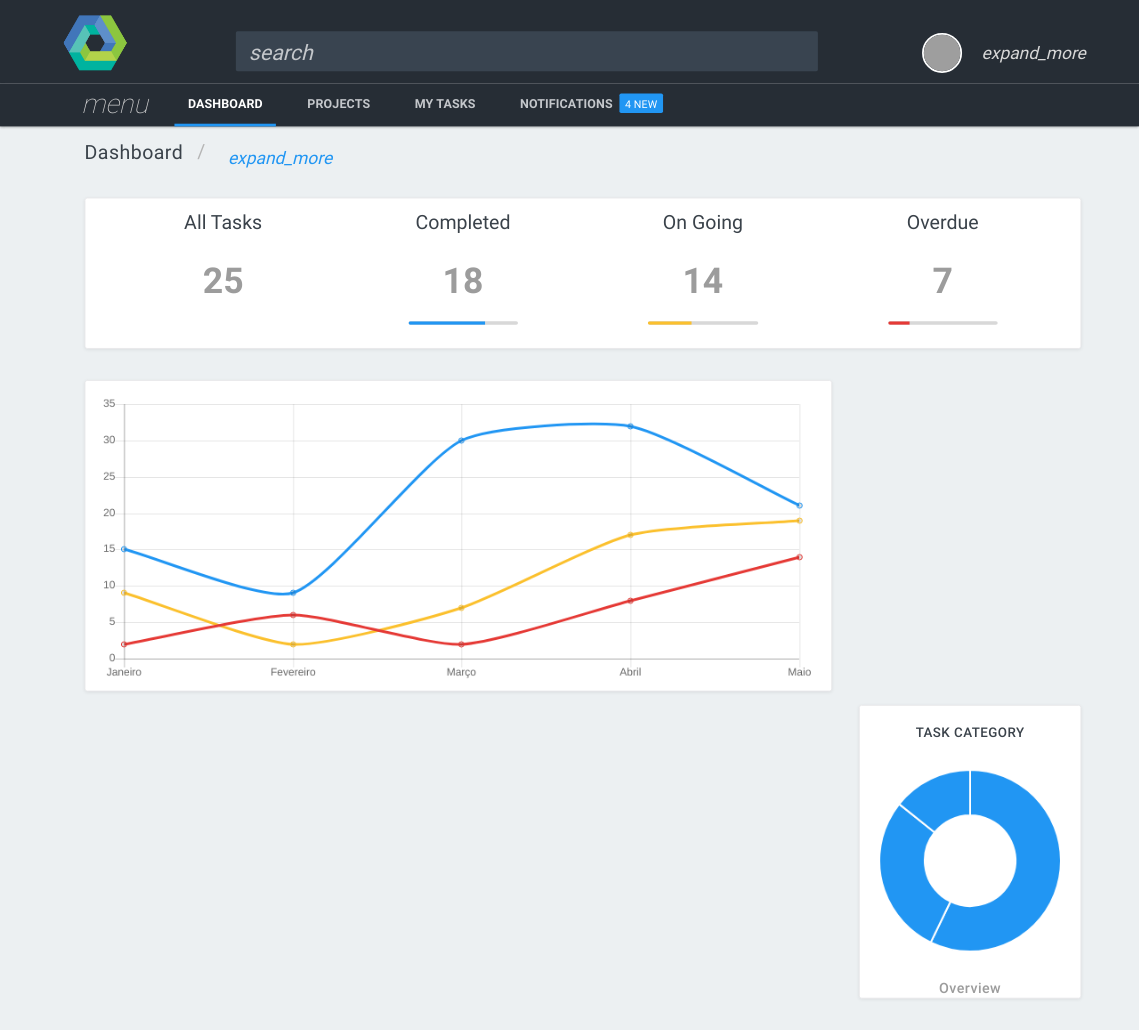
Repository: RenanChagas/ProjectManagement
Page: http://localhost/finalproject/WEB-INF/views/dashboard.jsp
An editor plug-in stored every save of this project. The page is shown before and after the next save, followed by the edit.
The browser window is 1280 px wide. The pictures show the whole page, at 89% of full size.
Pictures or frames that could not be fetched are drawn as grey boxes. The page is served by Tomcat 9. Nobody is signed in. Other server files are loaded and not shown. The template is opened directly, without the code that normally fills it, so the values that code supplies are empty.

Above is the page before, as saved 2017-11-19 02:00:36.

### finalproject/src/main/webapp/WEB-INF/views/dashboard.jsp
<%@ page language="java" contentType="text/html; charset=ISO-8859-1" pageEncoding="ISO-8859-1"%>
<%@ taglib prefix="c" uri="http://java.sun.com/jsp/jstl/core"%>
<%@ taglib prefix="form" uri="http://www.springframework.org/tags/form"%>
<%@ taglib prefix="t" uri="http://www.springframework.org/tags"%>

<!DOCTYPE html>
<html lang="en">
<head>
  <meta http-equiv="Content-Type" content="text/html; charset=UTF-8"/>
  <meta name="viewport" content="width=device-width, initial-scale=1, maximum-scale=1.0"/>
  <title>Course Management</title>

  <!-- CSS  -->
  <link href="https://fonts.googleapis.com/icon?family=Material+Icons" rel="stylesheet">
  <link type="text/css" rel="stylesheet" media="screen,projection" href="<c:url value='/static/css/materialize.css' />"/>
  <link type="text/css" rel="stylesheet" media="screen,projection" href="<c:url value='/static/css/custom-css.css' />"/>

  <!--  Scripts-->
  <script src="<c:url value="/static/js/jquery-2.1.1.min.js" />"></script>
  <script src="<c:url value="/static/js/materialize.js" />"></script>
  <script src="<c:url value="/static/js/Chart.js" />"></script>
  <script src="<c:url value="/static/js/menu.js" />"></script>

  <!-- Website Logo -->
  <link rel="icon" href="<c:url value="/static/images/default/logo.png"/>">

</head>
<body>

<c:set var="contextPath" value="${pageContext.request.contextPath}"/>

	<!-- NAV TOP  -->
	<nav id="logo_nav" class="MDC-navbar-style MDC-shadow-0 hide-on-small-and-down">
    	<div class="nav-wrapper MDC-nav-margin">
    		<!--  NAV CONTAINER -->
      		<div class="row MDC-nav-top-container ">

        	<!-- Logo -->
        	<div class="col s12 m3 l2">
          		<div class="MDC-nav-logo-position">
          			<img src="<c:url value="/static/images/default/logo.png"/>" class="MDC-nav-logo-size"/>
          		</div>
        	</div>

        	<!-- Search -->
        	<div class="col s12 m7 l7">
          		<div class="MDC-nav-search-position">
            	<form>
              		<div class="input-field">
                		<input id="search" type="search" class="MDC-nav-search-focus" required>
                		<label class="label-icon" for="search"><i class="material-icons MDC-nav-search-focus">search</i></label>
                  		<i class="material-icons MDC-nav-search-focus">close</i>
              		</div>
            	</form>
          		</div>
        	</div>

        	<!-- Avatar -->
        	<div class="col s12 m2 l3">
          		<div class="MDC-nav-account-position">
	            	<!-- Dropdown Trigger -->
	            	<a class="dropdown-button " data-beloworigin="true"
	               		href='#' data-activates='account-dropdown'>
	               		<div class="MDC-nav-account-option-position hide-on-med-and-down">
	                		 <i class="material-icons MDC-icon-small MDC-color-grey-light">expand_more</i>
	               		</div>
	               		<span class="MDC-login-text MDC-nav-account-text-position
	               					MDC-color-grey-light hide-on-med-and-down">
	                 	${user.username}
	               		</span>
	               		<img src="<c:url value="/static/images/avatar/${user.username}/${user.username}.png"/>"
	               				class="MDC-avatar-circle-small mdc-nav-avatar-position"/>
	            	</a>
	            	<!-- Dropdown Structure -->
	            	<ul id='account-dropdown' class='dropdown-content MDC-nav-account-dropdown-position'>
	              		<li><a id="profile" class="modal-trigger MDC-color-grey-dark-2 MDC-font-15" href="${contextPath}/profile">Profile</a></li>
	              		<li><a class="MDC-color-grey-dark-2 MDC-font-15" href="#!">Report a Problem</a></li>
	              		<li class="divider"></li>
	              		<li><a class="MDC-color-grey-dark-2 MDC-font-15" href="${contextPath}/logout">Logout</a></li>
	            	</ul>
          		</div>
        	</div>

			</div>
			<!--  NAV CONTAINER - END-->
		</div>
	</nav>
	<!-- NAV TOP - END -->

  <!-- NAV MENU  -->
  <div class="MDC-menu-fullWidth">
    <div class="MDC-shadow-bottom">
      <header class="MDC-shadow-bottom">
        <nav id="menu_nav" class="MDC-navbar-menu-size MDC-navbar-style MDC-shadow-0 MDC-nav-margin">
          <div class="nav-wrapper MDC-nav-margin MDC-left">
            <!-- MENU ROW -->
            <div class="row">
              <div class="col">
                <div class="MDC-nav-menu-container">

                  <ul id="nav-mobile" class="MDC-nav-menu-ul left left-align">
                    <a href="#" id="mobile-icon" onclick="openNav()" class="left MDC-padding-mobile-0
                    MDC-hover-none">
                      <i class="material-icons MDC-nav-tabs-icon MDC-color-grey-light">
                        menu
                      </i>
                    </a>
                    <li class="MDC-navbar-menu"><a class="active MDC-navbar-active" href="${contextPath}/dashboard">Dashboard</a></li>
                    <li class="MDC-navbar-menu"><a href="${contextPath}/projects">Projects</a></li>
                    <li class="MDC-navbar-menu"><a href="#!">My Tasks</a></li>
                    <li class="MDC-navbar-menu"><a href="${contextPath}/notification">Notifications
                      <span class="new badge MDC-notification-badge-style" data-badge-caption="">
                        <font class="MDC-font-weight-400">4 NEW</font>
                      </span>
                      </a>
                    </li>
                  </ul>
                  <div id="mySidenav" class="MDC-sidenav">
                    <a href="javascript:void(0)" class="MDC-closebtn" onclick="closeNav()">x</a>
                    <a href="#">About</a>
                    <a href="#">Services</a>
                    <a href="#">Clients</a>
                    <a href="#">Contact</a>
                  </div>

                </div>
              </div>
            </div>
            <!-- MENU ROW - END -->
          </div>
        </nav>
      </header>
    </div>
  </div>
  <!-- NAV MENU - END -->

  <!-- TITLE PAGE -->
  <div class="row  MDC-page-center MDC-page-container">
    <div class="col MDC-padding-0 left">
      <div class="MDC-page-title-size">
        <font class="MDC-h5-style MDC-color-grey-dark-2 MDC-display-inline">Dashboard</font>
        <font class="MDC-h5-style MDC-color-grey-light-2 MDC-display-inline MDC-relative
                     MDC-news-counterBar-position">/
        </font>
        <font class="MDC-h5-style MDC-color-blue MDC-display-inline">${user.username}</font>
        <i class="material-icons MDC-icon-small MDC-color-blue
                  MDC-news-expand-icon-position MDC-relative">expand_more</i>

      </div>
    </div>
  </div>
  <!-- TITLE PAGE - END -->

  <!-- RESUME CONTAINER -->
  <div class="MDC-page-center MDC-page-container">
    <!-- RESUME CONTENT -->
    <div class="row MDC-page-margin-top">
      <div class="col l12 MDC-padding-0 MDC-margin-right40">
        <div class="MDC-card MDC-dashboard-card-size">
          <div class="MDC-card-news-container">

            <!-- All Courses -->
            <div class="col l3">
              <div class="row center">
                <font class="MDC-font-22 MDC-color-grey-dark-2">
                  All Tasks
                </font>
              </div>
              <div class="row center">
                <font class="MDC-font-60 MDC-font-bold MDC-color-grey">
                  25
                </font>
              </div>
            </div>

            <!-- Completed Courses -->
            <div class="col l3">
              <div class="row center">
                <font class="MDC-font-22 MDC-color-grey-dark-2">
                  Completed
                </font>
              </div>
              <div class="row center">
                <font class="MDC-font-60 MDC-font-bold MDC-color-grey ">
                  18
                </font>
                <div class="progress MDC-progressBar-50 MDC-margin-0 MDC-top15 MDC-background-grey-light">
                  <div class="determinate" style="width: 70%"></div>
                </div>
              </div>
            </div>

            <!-- Missing Courses -->
            <div class="col l3">
              <div class="row center">
                <font class="MDC-font-22 MDC-color-grey-dark-2">
                  On Going
                </font>
              </div>
              <div class="row center">
                <font class="MDC-font-60 MDC-font-bold MDC-color-grey ">
                  14
                </font>
                <div class="progress MDC-progressBar-50 MDC-margin-0 MDC-top15 MDC-background-grey-light">
                  <div class="determinate yellow darken-2" style="width: 40%"></div>
                </div>
              </div>
            </div>

            <!-- Overdue Courses -->
            <div class="col l3">
              <div class="row center">
                <font class="MDC-font-22 MDC-color-grey-dark-2">
                  Overdue
                </font>
              </div>
              <div class="row center">
                <font class="MDC-font-60 MDC-font-bold MDC-color-grey ">
                  7
                </font>
                <div class="progress MDC-progressBar-50 MDC-margin-0 MDC-top15 MDC-background-grey-light">
                  <div class="determinate red darken-1" style="width: 20%"></div>
                </div>
              </div>
            </div>

          </div>
        </div>
      </div>
    </div>
    <!-- RESUME CONTENT - END -->

    <!-- Graphics -->
    <div class="row">
      <div class="col l9 MDC-padding-0 MDC-margin-right40">
        <div class="MDC-card MDC-dashboardGraphics-card-size">
          <div class="MDC-card-news-container">

            <div>
                <canvas class="MDC-margin-top20" id="chartjs-0" width="100" height="320"></canvas>
            </div>
            <script>
            new Chart(document.getElementById("chartjs-0"), {
              type: 'line',
              data: {
                labels: ["Janeiro", "Fevereiro", "Março", "Abril", "Maio"],
                datasets: [
                  {
                    label: "Tasks Completed",
                    borderColor: "#2196F3",
                    data: [15,9,30,32,21],
                    fill: false,
                    lineTension: 0.2
                  },
                  {
                    label: "Tasks Ovedue",
                    borderColor: "#e53935",
                    data: [2,6,2,8,14],
                    fill: false,
                    lineTension: 0.2
                  },
                  {
                    label: "Tasks On Going",
                    borderColor: "#fbc02d",
                    data: [9,2,7,17,19],
                    fill: false,
                    lineTension: 0.2
                  }
                ]
              },
              "options":{
                "legend": {
                  display: false
                },
                "responsive": true,
                "maintainAspectRatio": false,
                "scales": {
                  "xAxes": [{
                            "gridLines": {
                              display:true
                            }
                  }],
                  "yAxes": [{
                            "gridLines": {
                              display:true
                            }
                            }]
                  }
              }
            });

            </script>

          </div>
        </div>
      </div>

      <!-- Courses -->
      <div class="col MDC-padding-0 right">
        <div class="MDC-card MDC-course-card-size">

          <!-- Task Title -->
          <div class="row center MDC-margin-top10">
            <font class="truncate MDC-font-15 MDC-color-grey-dark-2 MDC-font-h1">
                Task Category
              </font>
          </div>

          <!-- Image -->
          <a href="#">
            <div class="row center MDC-margin-top20">

              <div class="MDC-margin-right20 MDC-margin-left20">
                  <canvas class="MDC-margin-top20 center" id="chartjs-doughnut" width="10" height="10"></canvas>
              </div>
              <script>
              new Chart(document.getElementById("chartjs-doughnut"), {
                type: 'doughnut',
                data: {
                  labels: ["Documentation", "Programming", "Test"],
                  datasets: [ {
                    data: [
                      40,
                      20,
                      10
                    ],
                    backgroundColor: [
                    "#2196F3",
                    "#2196F3",
                    "#2196F3",
                    ],
                    label: ""
                  }]
                },
                "options":{
                  "legend": {
                    display: false,
                    position: "bottom"
                  },
                  animation: {
                  animateScale: true,
                  animateRotate: true
                  }
                }
              });

              </script>
              <!--
              <img src="images/temp/man-profile-circle-4.png"
                class="MDC-avatar-circle-large MDC-shadow-default"/> -->
            </div>
          </a>

          <!-- Task Description -->
          <div class="row center MDC-margin-bottom-10">
            <font class="truncate MDC-font-16-2 MDC-color-grey MDC-font-h1
                        MDC-uppercase-none">
               Overview
            </font>
          </div>

        <!-- CARD END -->
        </div>
      </div>
      <!-- Courses END -->


    </div>


  </div>
  <!-- RESUME CONTAINER - END -->

</body>
</html>

Loaded but not shown: finalproject/src/main/webapp/static/css/materialize.css (library); finalproject/src/main/webapp/static/js/jquery-2.1.1.min.js (library); finalproject/src/main/webapp/static/js/materialize.js (library); finalproject/src/main/webapp/static/js/Chart.js (library); finalproject/src/main/webapp/static/js/menu.js (49 lines, source omitted); finalproject/src/main/webapp/static/css/custom-css.css (1593 lines, source omitted)

After the next save:
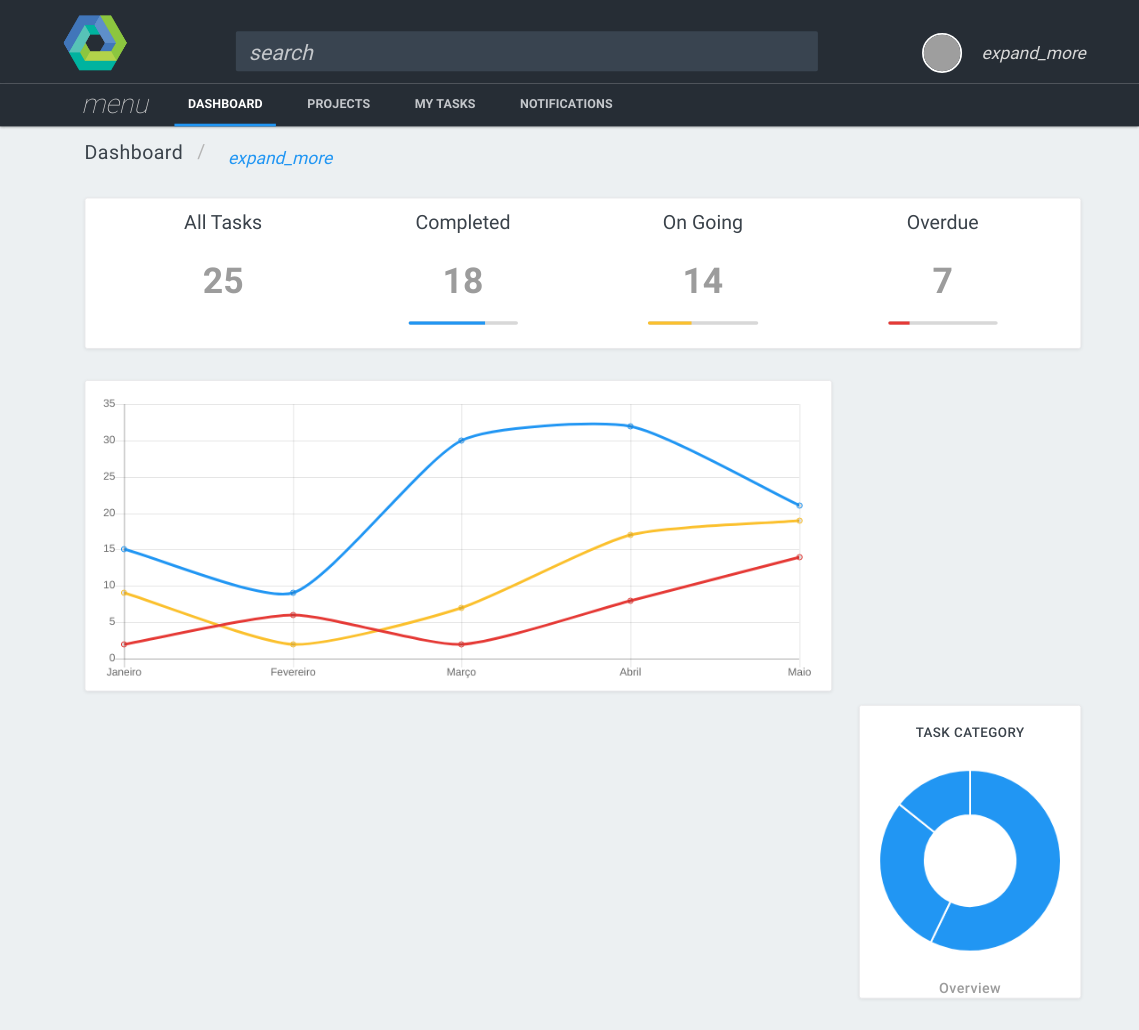
Saved 11 s later.
--- a/finalproject/src/main/webapp/WEB-INF/views/dashboard.jsp
+++ b/finalproject/src/main/webapp/WEB-INF/views/dashboard.jsp
@@ -109,9 +109,6 @@
                     <li class="MDC-navbar-menu"><a href="${contextPath}/projects">Projects</a></li>
                     <li class="MDC-navbar-menu"><a href="#!">My Tasks</a></li>
                     <li class="MDC-navbar-menu"><a href="${contextPath}/notification">Notifications
-                      <span class="new badge MDC-notification-badge-style" data-badge-caption="">
-                        <font class="MDC-font-weight-400">4 NEW</font>
-                      </span>
                       </a>
                     </li>
                   </ul>
